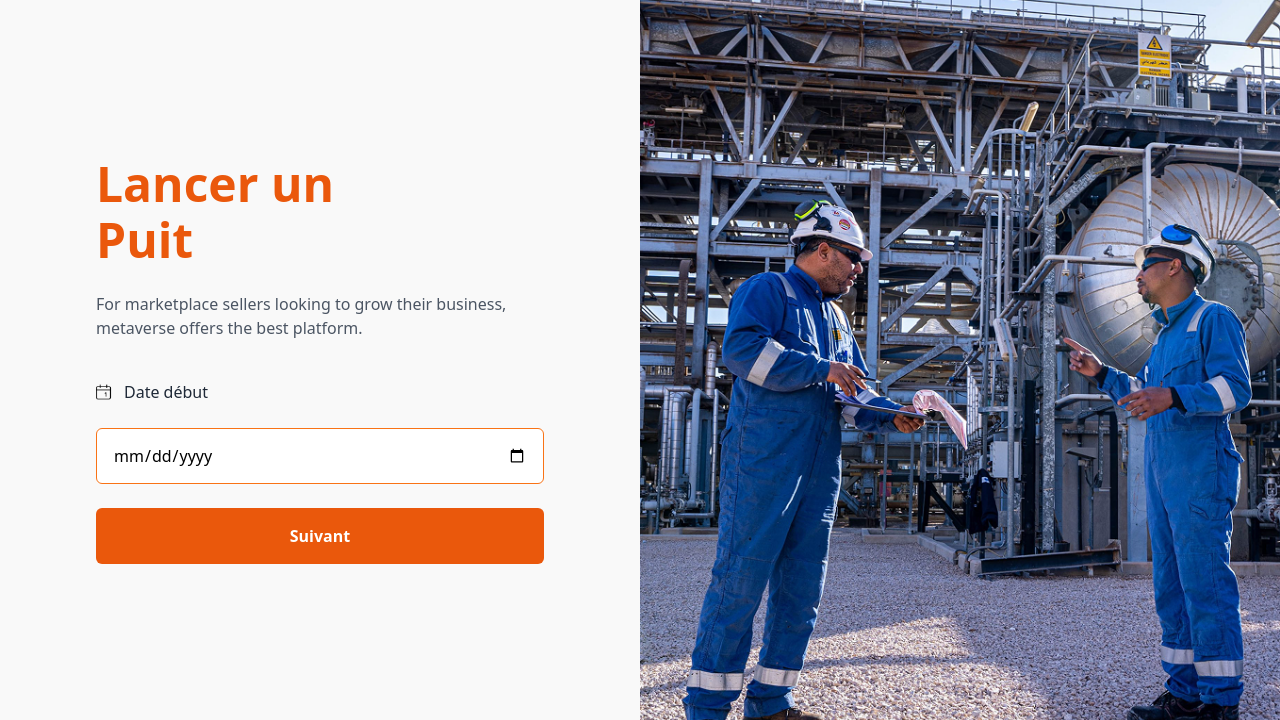
Repository: 123455675848484848484884848484/Projet_2cs
Page: / (app in front/)
An editor plug-in stored every save of this project. The page is shown before and after the next save, followed by the edit.
The browser window is 1280 px wide. The pictures show the whole page.
The project was rebuilt for these pictures with package versions that can differ from the ones it lists, and the page was loaded fresh each time. Also part of the build but not shown: front/src/App.css, front/src/Login.jsx.

Above is the page before, as saved 2025-04-23 18:12:28.

### front/src/App.jsx

import './App.css';
// App.jsx
import React from "react";
import Login from "./Login";
import LancerPuit from './LancerPuit';

function App() {
  return <LancerPuit />;
}

export default App;

### front/src/LancerPuit.jsx
import React, { useState } from "react";

const LancerPuit = () => {
  const [dateDebut, setDateDebut] = useState("");

  const handleSubmit = (e) => {
    e.preventDefault();
    alert(`Date de début sélectionnée : ${dateDebut}`);
  };

  return (
    <div className="flex h-screen">
      {/* Colonne gauche */}
      <div className="w-1/2 flex items-center justify-center bg-[#f9f9f9] px-24">
        <div className="w-full max-w-[480px]">
          <h1 className="text-[48px] leading-[56px] font-bold text-orange-600 mb-6">
            Lancer un <br /> Puit
          </h1>

          <p className="text-[16px] text-gray-600 mb-10 leading-[24px]">
            For marketplace sellers looking to grow their business, metaverse offers the best platform.
          </p>

          <form onSubmit={handleSubmit} className="flex flex-col gap-6">
            {/* Label avec icône */}
            <div className="flex items-center gap-2">
              <img src="/date.png" alt="date icon" className="w-5 h-5" />
              <label htmlFor="dateDebut" className="text-[16px] font-medium text-gray-800">
                Date début
              </label>
            </div>

            {/* Champ de date */}
            <input
              type="date"
              id="dateDebut"
              value={dateDebut}
              onChange={(e) => setDateDebut(e.target.value)}
              placeholder="jj/mm/aaaa"
              className="w-full h-[56px] border border-orange-500 rounded-md px-4 text-[16px] focus:outline-none focus:ring-2 focus:ring-orange-600"
              required
            />

            {/* Bouton */}
            <button
              type="submit"
              className="w-full h-[56px] bg-orange-600 hover:bg-orange-700 text-white text-[16px] font-semibold rounded-md"
            >
              Suivant
            </button>
          </form>
        </div>
      </div>

      {/* Colonne droite */}
      <div className="w-1/2 h-full">
        <img
          src="/lancerp.png"
          alt="Site industriel"
          className="w-full h-full object-cover"
        />
      </div>
    </div>
  );
};

export default LancerPuit;

Loaded but not shown: front/public/index.html (common file); front/src/index.js (common file); front/src/index.css (common file); front/src/reportWebVitals.js (common file); front/tailwind.config.js (common file)

After the next save:
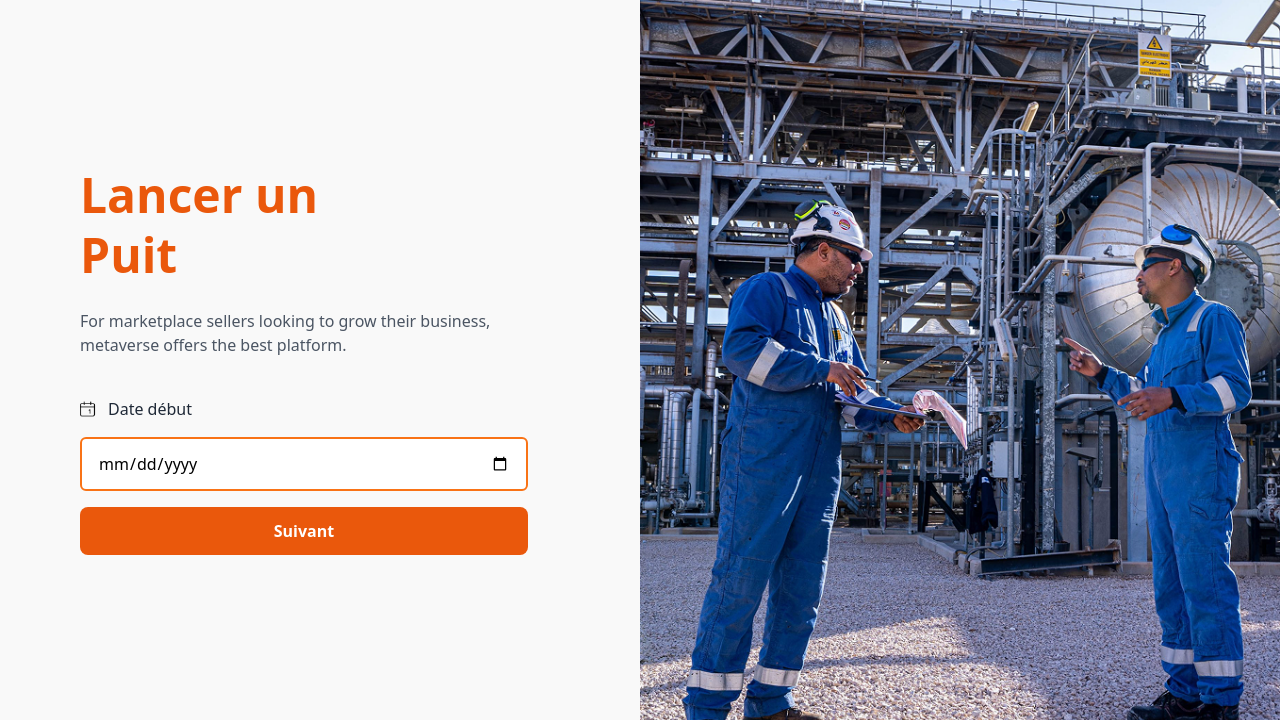
Saved 2 min 22 s later.
--- a/front/src/LancerPuit.jsx
+++ b/front/src/LancerPuit.jsx
@@ -9,50 +9,52 @@ const LancerPuit = () => {
   };
 
   return (
-    <div className="flex h-screen">
-      {/* Colonne gauche */}
-      <div className="w-1/2 flex items-center justify-center bg-[#f9f9f9] px-24">
-        <div className="w-full max-w-[480px]">
-          <h1 className="text-[48px] leading-[56px] font-bold text-orange-600 mb-6">
+    <div className="flex h-screen overflow-hidden">
+      {/* Partie gauche : formulaire */}
+      <div className="w-1/2 bg-[#f9f9f9] flex flex-col justify-center px-20">
+        <div className="w-full max-w-md">
+          <h1 className="text-[48px] leading-tight font-bold text-orange-600">
             Lancer un <br /> Puit
           </h1>
 
-          <p className="text-[16px] text-gray-600 mb-10 leading-[24px]">
+          <p className="text-[16px] text-gray-600 mt-6 mb-10">
             For marketplace sellers looking to grow their business, metaverse offers the best platform.
           </p>
 
           <form onSubmit={handleSubmit} className="flex flex-col gap-6">
-            {/* Label avec icône */}
-            <div className="flex items-center gap-2">
-              <img src="/date.png" alt="date icon" className="w-5 h-5" />
-              <label htmlFor="dateDebut" className="text-[16px] font-medium text-gray-800">
-                Date début
-              </label>
+            {/* Bloc label + input + bouton */}
+            <div className="flex flex-col gap-4">
+              {/* Label avec icône */}
+              <div className="flex items-center gap-2">
+                <img src="/date.png" alt="date icon" className="w-5 h-5" />
+                <label htmlFor="dateDebut" className="text-[16px] text-gray-800 font-medium">
+                  Date début
+                </label>
+              </div>
+
+              {/* Champ input */}
+              <input
+                type="date"
+                id="dateDebut"
+                value={dateDebut}
+                onChange={(e) => setDateDebut(e.target.value)}
+                className="w-full border-2 border-orange-500 rounded-md px-4 py-3 placeholder-gray-400 focus:outline-none focus:ring-2 focus:ring-orange-600"
+                required
+              />
+
+              {/* Bouton aligné à gauche */}
+              <button
+                type="submit"
+                className="bg-orange-600 hover:bg-orange-700 text-white text-[16px] font-semibold py-3 px-10 rounded-[8px] transition"
+              >
+                Suivant
+              </button>
             </div>
-
-            {/* Champ de date */}
-            <input
-              type="date"
-              id="dateDebut"
-              value={dateDebut}
-              onChange={(e) => setDateDebut(e.target.value)}
-              placeholder="jj/mm/aaaa"
-              className="w-full h-[56px] border border-orange-500 rounded-md px-4 text-[16px] focus:outline-none focus:ring-2 focus:ring-orange-600"
-              required
-            />
-
-            {/* Bouton */}
-            <button
-              type="submit"
-              className="w-full h-[56px] bg-orange-600 hover:bg-orange-700 text-white text-[16px] font-semibold rounded-md"
-            >
-              Suivant
-            </button>
           </form>
         </div>
       </div>
 
-      {/* Colonne droite */}
+      {/* Partie droite : image */}
       <div className="w-1/2 h-full">
         <img
           src="/lancerp.png"
